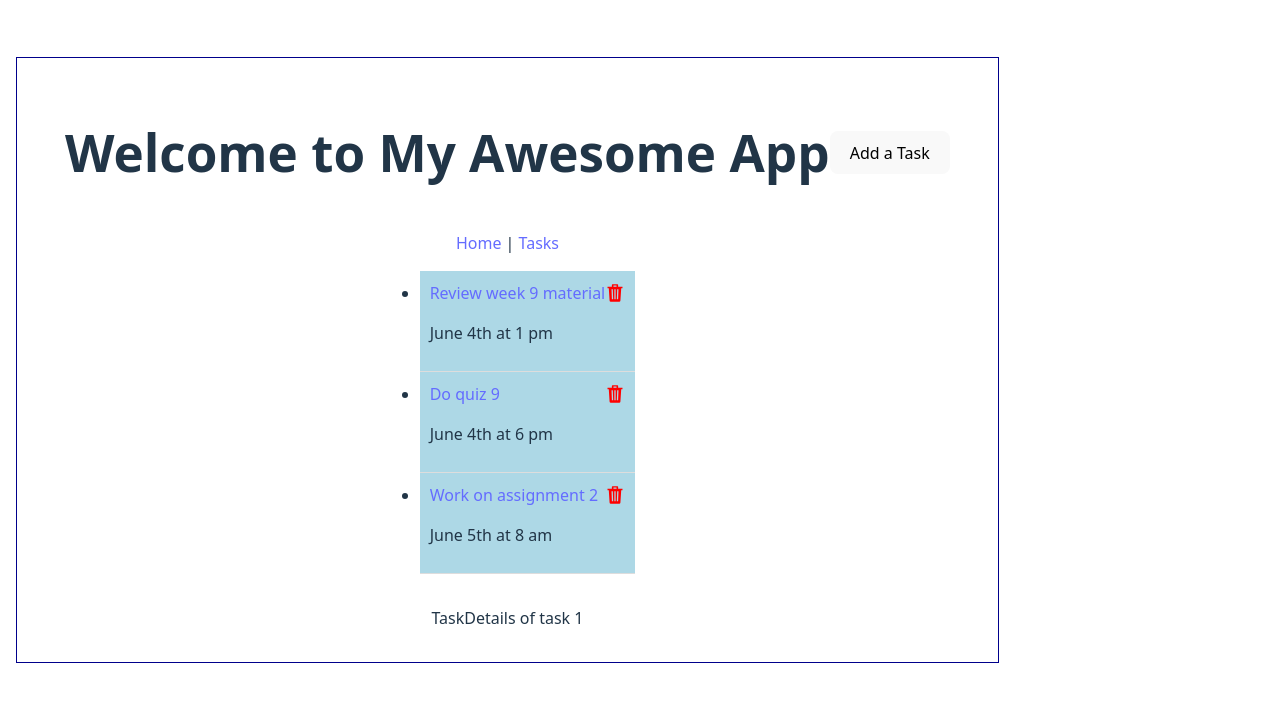
Repository: liulian26/CS5610
Page: /tasks/1 (app in week9/my-vite-app/)
These files come from the project's save history. The page is drawn as it stood at one moment and after the next save; the edit follows.
The browser window is 1280 px wide. The pictures show the whole page.
The project was rebuilt for these pictures with package versions that can differ from the ones it lists, and the page was loaded fresh each time. Requests to the local data server were answered from the project's data file. Also part of the build but not shown: week9/my-vite-app/vite.config.js, week9/my-vite-app/src/components /AddTask.jsx.

Above is the page before, as saved 2025-03-27 11:59:12.

After the next save:
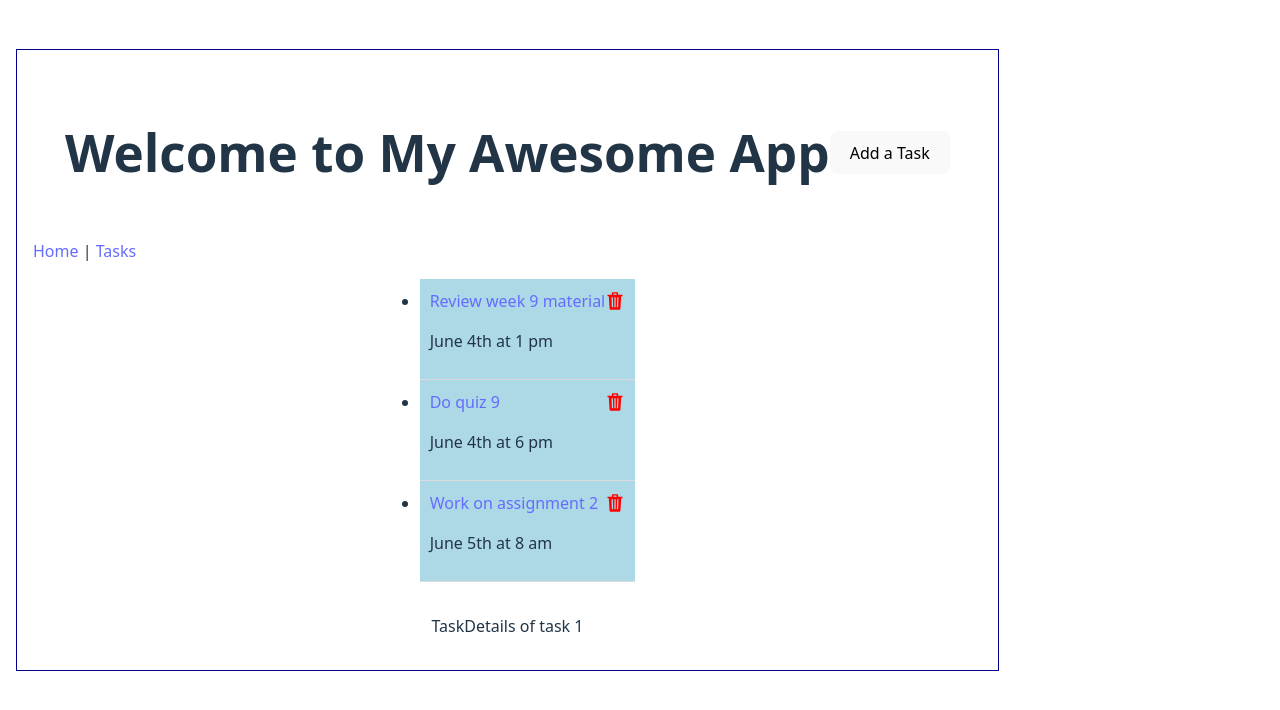
Saved 8 min 43 s later.
--- a/week9/my-vite-app/src/App.jsx
+++ b/week9/my-vite-app/src/App.jsx
@@ -69,13 +69,10 @@ export default function App() {
 
   return (
     <div className="appContainer">
-      <Header myAppName={appName} version={2} toggleForm={toggleForm} showForm={showForm} />
-
-
       <nav>
+        <Header myAppName={appName} version={2} toggleForm={toggleForm} showForm={showForm} />
         <Link to="/">Home</Link> | <Link to="/tasks">Tasks</Link>
       </nav>
-
       <Routes>
         <Route
           path="/"
